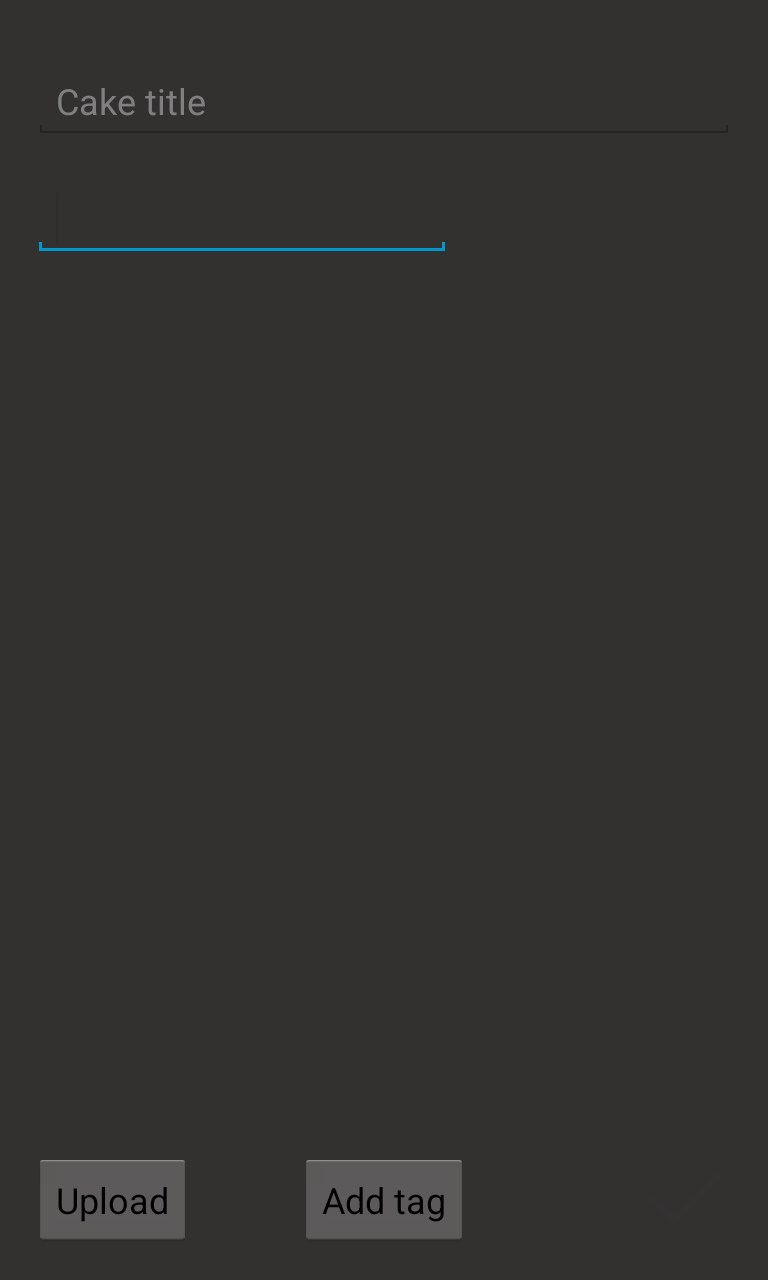
Repository: johnshaughnessy/onesec
Layout: OneSec-App/res/layout/activity_new_cake.xml
An editor plug-in stored every save of this project. The layout is shown before and after the next save, followed by the edit.
It is drawn on a 768 x 1280 px phone screen (xhdpi) without system bars, with theme RetroTheme; the app's code is not run.

Above is the layout before, as saved 2013-07-13 22:51:10.

### OneSec-App/res/layout/activity_new_cake.xml
<RelativeLayout xmlns:android="http://schemas.android.com/apk/res/android"
    xmlns:tools="http://schemas.android.com/tools"
    android:layout_width="match_parent"
    android:layout_height="match_parent"
    android:paddingBottom="@dimen/activity_vertical_margin"
    android:paddingLeft="@dimen/activity_horizontal_margin"
    android:paddingRight="@dimen/activity_horizontal_margin"
    android:paddingTop="@dimen/activity_vertical_margin"
    tools:context=".NewCakeActivity" >

    <ImageView
        android:id="@+id/thumbnail"
        android:layout_width="wrap_content"
        android:layout_height="wrap_content"
        android:layout_marginBottom="15dp"
        android:layout_centerHorizontal="true" />

    <EditText
        android:id="@+id/title"
        android:layout_width="fill_parent"
        android:layout_height="wrap_content"
        android:layout_below="@id/thumbnail"
        android:maxLines="1"
        android:inputType="text"
        android:hint="@string/hint_cake_title"
        android:layout_centerHorizontal="true" />

    <TextView
        android:id="@+id/date"
        android:layout_width="wrap_content"
        android:layout_height="wrap_content"
        android:layout_below="@id/title"
        android:maxLines="1000"
        android:layout_centerHorizontal="true" />

    <Button
        android:id="@+id/done"
        android:layout_width="50dp"
        android:layout_height="50dp"
        android:layout_alignParentBottom="true"
        android:layout_alignParentRight="true"
        android:background="@drawable/ic_navigation_accept" />

    <EditText
        android:id="@+id/newCakeSprinkle"
        android:layout_width="wrap_content"
        android:layout_height="wrap_content"
        android:layout_alignLeft="@+id/title"
        android:layout_below="@+id/date"
        android:maxLines="1"
        android:inputType="text"
        android:ems="10" >
        <requestFocus />
    </EditText>

    <Button
        android:id="@+id/uploadCake"
        android:layout_width="wrap_content"
        android:layout_height="wrap_content"
        android:layout_alignBottom="@+id/done"
        android:layout_alignLeft="@+id/newCakeSprinkle"
        android:onClick="uploadCake"
        android:text="@string/upload" />

    <Button
        android:id="@+id/addTag"
        android:layout_width="wrap_content"
        android:layout_height="wrap_content"
        android:layout_alignBaseline="@+id/uploadCake"
        android:layout_alignBottom="@+id/uploadCake"
        android:layout_centerHorizontal="true"
        android:onClick="addTag"
        android:text="@string/addTag" />

</RelativeLayout>

### OneSec-App/res/values/strings.xml
<?xml version="1.0" encoding="utf-8"?>
<resources>

    <string name="app_name">SPRINKLES</string>
    <string name="action_settings">Settings</string>
    <string name="action_signout">Sign out</string>
    <string name="search_title">Search</string>
    <string name="search_hint">Search by sprinkle</string>
    <string name="hello_world">Hello world!</string>
    <string name="title_activity_new_second">New Moment</string>
    <string name="title_activity_new_cake">New Cake</string>
    <string name="title_activity_view_seconds">My Moments</string>
    <string name="title_activity_view_cakes">My Cakes</string>
    <string name="title_activity_recipe">RecipeActivity</string>
    <string name="my_seconds">My Moments</string>
    <string name="date">Date:</string>
    <string name="text_select_seconds">Select</string>
    <string name="text_bake_cake">Bake</string>
    <string name="forget">Forget</string>
    <string name="sign_in">Sign in</string>
    <string name="hint_cake_title">Cake title</string>

    <string name="text_takeSecond">Capture the moment</string>
    <string name="text_viewSeconds">View Moments</string>
    <string name="text_viewCakes">View Cakes</string>

    <string name="menu_new">New</string>
    <string name="text_test">Test</string>
    <string name="done">So beautiful omg</string>
    <string name="play_second">Play</string>

    <string name="addTag">Add tag</string>
    <string name="upload">Upload</string>
    <string name="syncSeconds">Sync Moments</string>


</resources>

Loaded but not shown: OneSec-App/res/values/styles.xml (common file); OneSec-App/res/values-v11/styles.xml (common file); OneSec-App/res/values-v14/styles.xml (common file); OneSec-App/res/values/dimens.xml (common file)

After the next save:
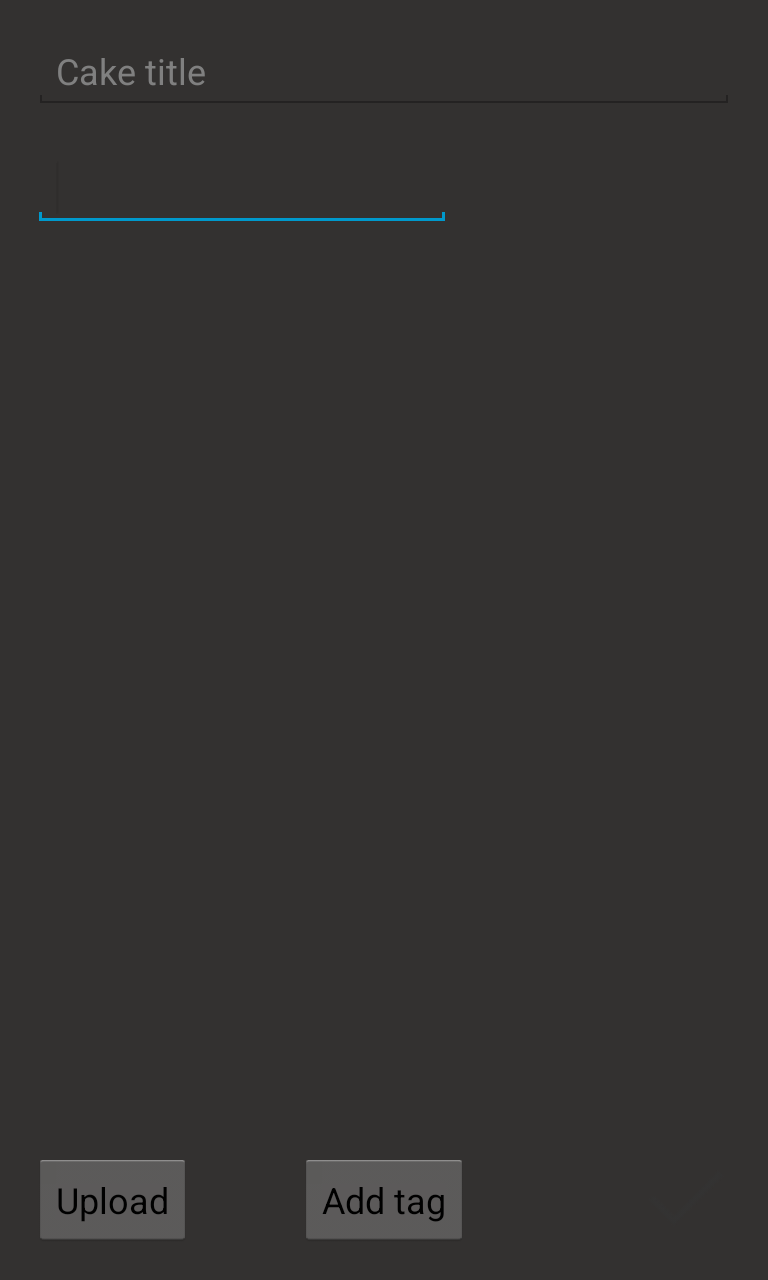
Saved 50 s later.
--- a/OneSec-App/res/layout/activity_new_cake.xml
+++ b/OneSec-App/res/layout/activity_new_cake.xml
@@ -8,18 +8,10 @@
     android:paddingTop="@dimen/activity_vertical_margin"
     tools:context=".NewCakeActivity" >
 
-    <ImageView
-        android:id="@+id/thumbnail"
-        android:layout_width="wrap_content"
-        android:layout_height="wrap_content"
-        android:layout_marginBottom="15dp"
-        android:layout_centerHorizontal="true" />
-
     <EditText
         android:id="@+id/title"
         android:layout_width="fill_parent"
         android:layout_height="wrap_content"
-        android:layout_below="@id/thumbnail"
         android:maxLines="1"
         android:inputType="text"
         android:hint="@string/hint_cake_title"
@@ -31,6 +23,13 @@
         android:layout_height="wrap_content"
         android:layout_below="@id/title"
         android:maxLines="1000"
+        android:layout_centerHorizontal="true" />
+
+    <ImageView
+        android:id="@+id/thumbnail"
+        android:layout_width="wrap_content"
+        android:layout_height="wrap_content"
+        android:layout_marginBottom="15dp"
         android:layout_centerHorizontal="true" />
 
     <Button
